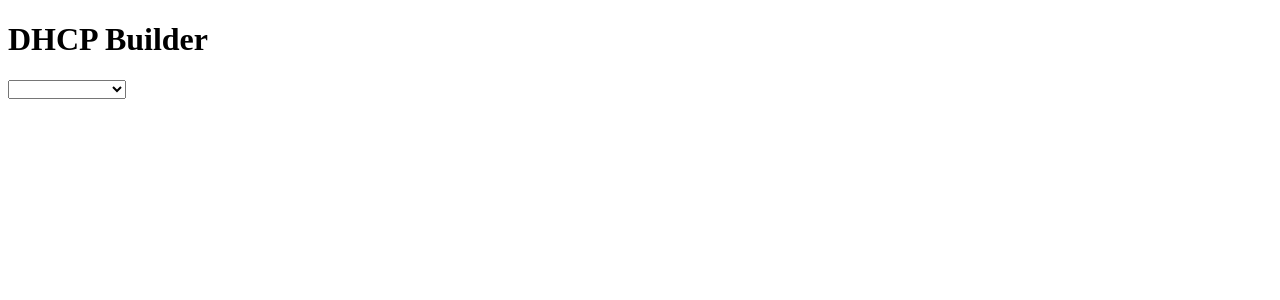
Repository: theglossy1/dhcp-builder
Page: /
These files come from the project's save history. The page is drawn as it stood at one moment and after the next save; the edit follows.
The browser window is 1280 px wide. The pictures show the whole page.
The project was rebuilt for these pictures with package versions that can differ from the ones it lists, and the page was loaded fresh each time. Also part of the build but not shown: vite.config.js.

Above is the page before, as saved 2025-07-30 19:44:50.

After the next save:
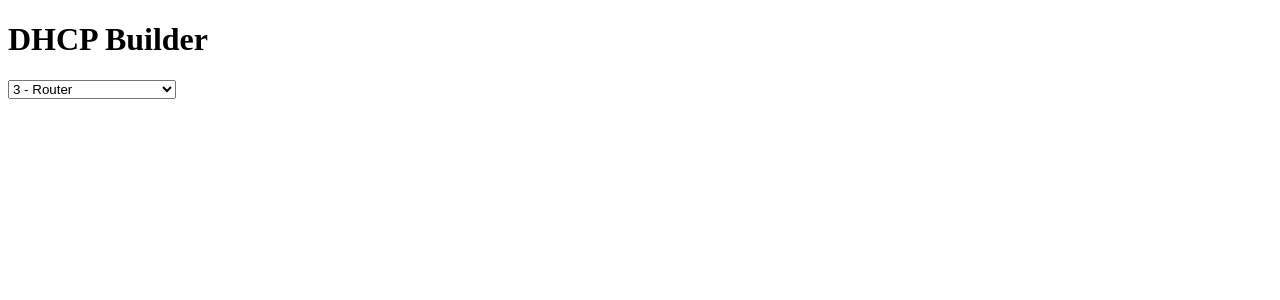
Saved 24 s later.
--- a/src/App.vue
+++ b/src/App.vue
@@ -33,6 +33,9 @@ const types = {
     "type": "string"
   }
 }
+
+// Convert the object to an array of entries for easier looping
+const typeEntries = Object.entries(types)
 </script>
 
 <template>
